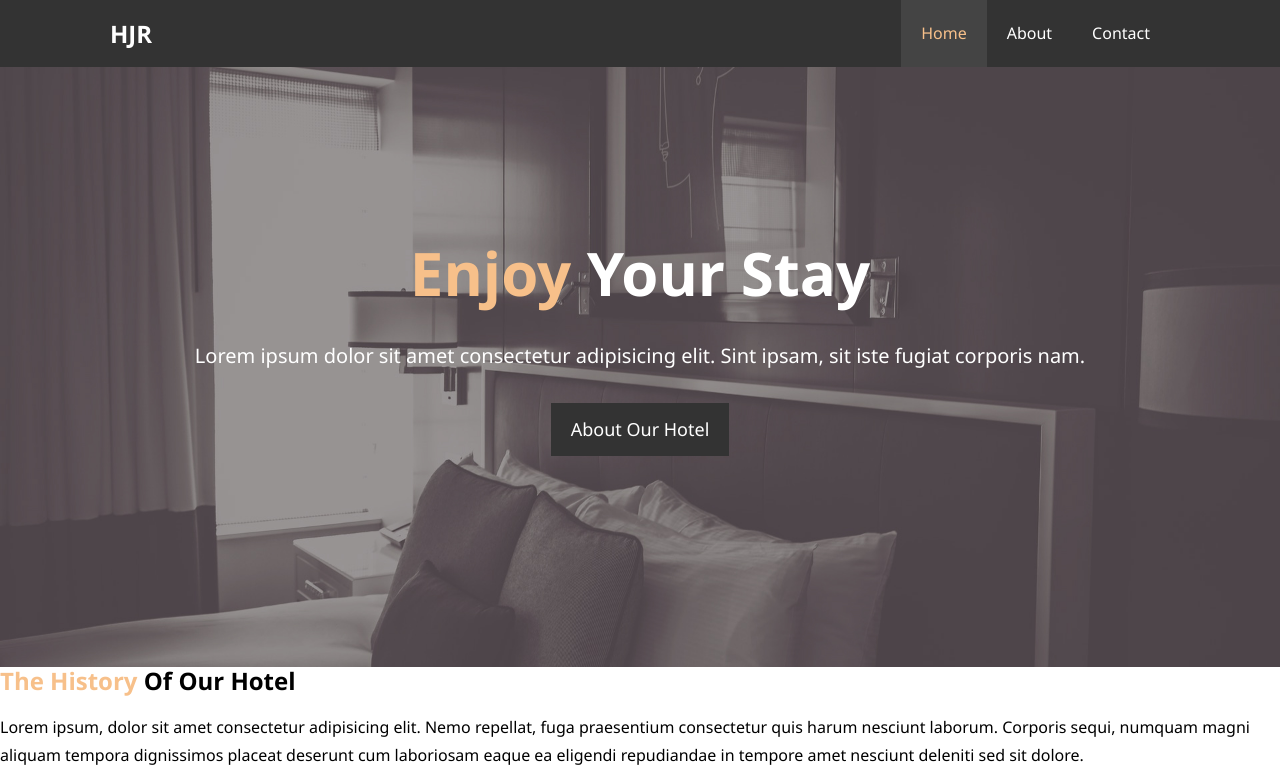
Repository: dimlutine/Hotel-Project
Page: index.html
These files come from the project's save history. The page is drawn as it stood at one moment and after the next save; the edit follows.
The browser window is 1280 px wide. The pictures show the whole page.

Above is the page before, as saved 2019-07-05 22:11:28.

### index.html
<!DOCTYPE html>
<html lang="en">

<head>
    <meta charset="UTF-8">
    <meta name="viewport" content="width=device-width, initial-scale=1.0">
    <meta http-equiv="X-UA-Compatible" content="ie=edge">
    <meta name="description" content="Welcome to the neatest hotel in Durham, North Carolina!">
    <meta name="keywords" content="hotel,durham hotel, north carolina hotel, rdu hotel">
    <link rel="stylesheet" href="css/style.css">
    <title>Hotel JR | Durham Hotel</title>
</head>

<body>
    <header>
        <nav id="navbar">
            <div class="container">
                <h1 class="logo"><a href="index.html">HJR</a></h1>
                <ul>
                    <li><a class="current" href="index.html">Home</a></li>
                    <li><a href="about.html">About</a></li>
                    <li><a href="contact.html">Contact</a></li>
                </ul>
            </div>

        </nav>
        <div id="showcase">
            <div class="container">
                <div class="showcase-content">
                    <h1>
                        <span class="text-primary">Enjoy</span> Your Stay
                    </h1>
                    <p class="lead">Lorem ipsum dolor sit amet consectetur adipisicing elit. Sint ipsam, sit iste fugiat corporis nam.</p>
                    <a class="btn" href="about.html">About Our Hotel</a>
                </div>
            </div>
        </div>
    </header>

    <section id="home-info" class="bg-dark">
        <div class="info-img"></div>
        <div class="info-content">
            <h2><span class="text-primary">The History </span>Of Our Hotel</h2>
            Lorem ipsum, dolor sit amet consectetur adipisicing elit. Nemo repellat, fuga praesentium consectetur quis harum nesciunt laborum. Corporis sequi, numquam magni aliquam tempora dignissimos placeat deserunt cum laboriosam eaque ea eligendi repudiandae
            in tempore amet nesciunt deleniti sed sit dolore.
        </div>
    </section>
</body>

</html>

### css/style.css
* {
    padding: 0;
    margin: 0;
    box-sizing: border-box;
}

html,
body {
    font-family: 'Segoe UI', 'Segoe UI', Tahoma, Geneva, Verdana, sans-serif;
    line-height: 1.7em;
}

a {
    color: #333;
    text-decoration: none;
}

h1,
h2,
h3 {
    padding-bottom: 20px;
}

p {
    margin: 10px 0;
}


/* Utilities */

.container {
    margin: auto;
    max-width: 1100px;
    overflow: auto;
    padding: 0 20px;
}

.text-primary {
    color: #f7c08a;
}

.lead {
    font-size: 20px;
}

.btn {
    display: inline-block;
    font-size: 18px;
    color: #fff;
    background: #333;
    padding: 13px 20px;
    border: none;
    cursor: pointer;
}

.btn:hover {
    background: #f7c08a;
    color: #333;
}

#navbar {
    background: #333;
    color: #fff;
    overflow: auto;
}

#navbar a {
    color: #fff;
}

#navbar h1 {
    float: left;
    padding-top: 20px;
}

#navbar ul {
    float: right;
    list-style: none;
}

#navbar ul li {
    float: left;
}

#navbar ul li a {
    display: block;
    padding: 20px;
    text-align: center;
}

#navbar ul li a:hover,
#navbar ul li a.current {
    background: #444;
    color: #f7c08a;
}


/* Showcase */

#showcase {
    background: url('../img/showcase.jpg') no-repeat center center/cover;
    height: 600px;
}

#showcase .showcase-content {
    color: #fff;
    text-align: center;
    padding-top: 170px;
}

#showcase .showcase-content h1 {
    font-size: 60px;
    line-height: 1.2em;
}

#showcase .showcase-content p {
    padding-bottom: 20px;
    line-height: 1.7em;
}

After the next save:
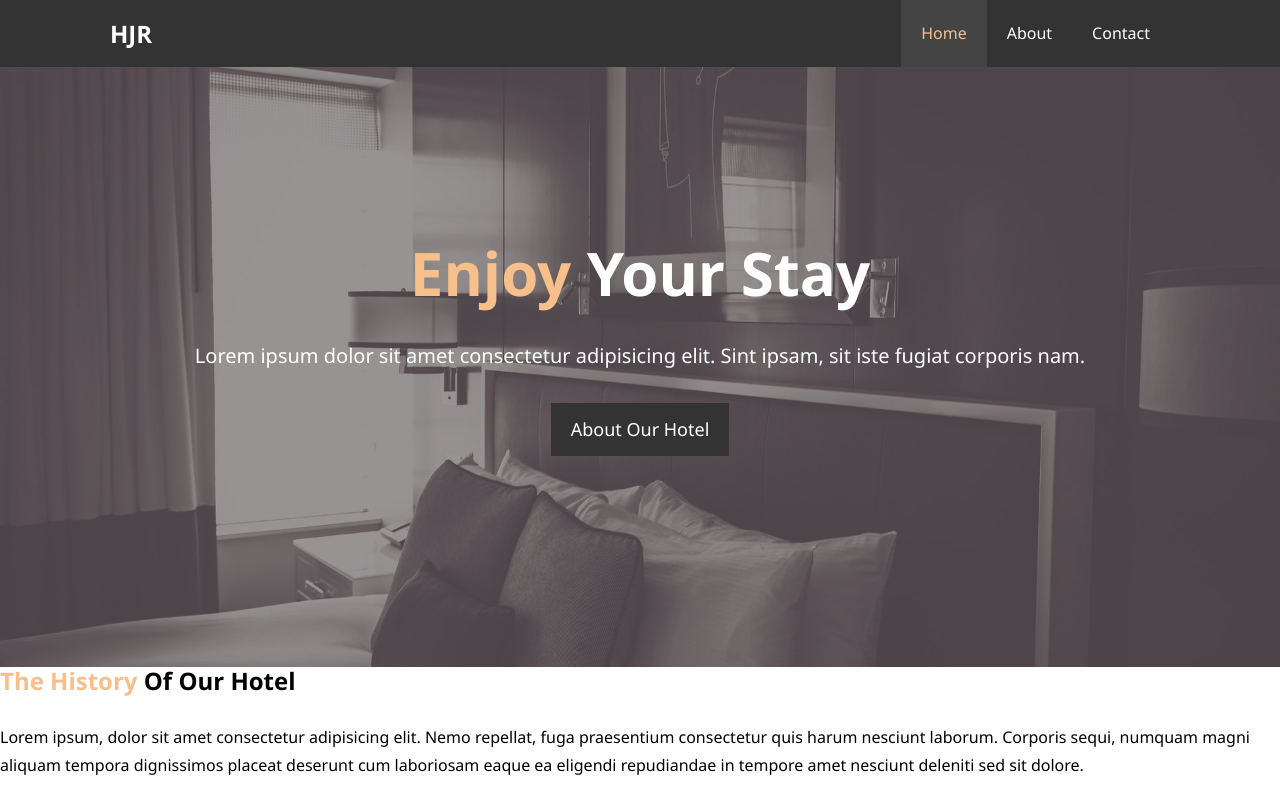
Saved 17 s later.
--- a/index.html
+++ b/index.html
@@ -41,8 +41,8 @@
         <div class="info-img"></div>
         <div class="info-content">
             <h2><span class="text-primary">The History </span>Of Our Hotel</h2>
-            Lorem ipsum, dolor sit amet consectetur adipisicing elit. Nemo repellat, fuga praesentium consectetur quis harum nesciunt laborum. Corporis sequi, numquam magni aliquam tempora dignissimos placeat deserunt cum laboriosam eaque ea eligendi repudiandae
-            in tempore amet nesciunt deleniti sed sit dolore.
+            <p>Lorem ipsum, dolor sit amet consectetur adipisicing elit. Nemo repellat, fuga praesentium consectetur quis harum nesciunt laborum. Corporis sequi, numquam magni aliquam tempora dignissimos placeat deserunt cum laboriosam eaque ea eligendi
+                repudiandae in tempore amet nesciunt deleniti sed sit dolore.</p>
         </div>
     </section>
 </body>
